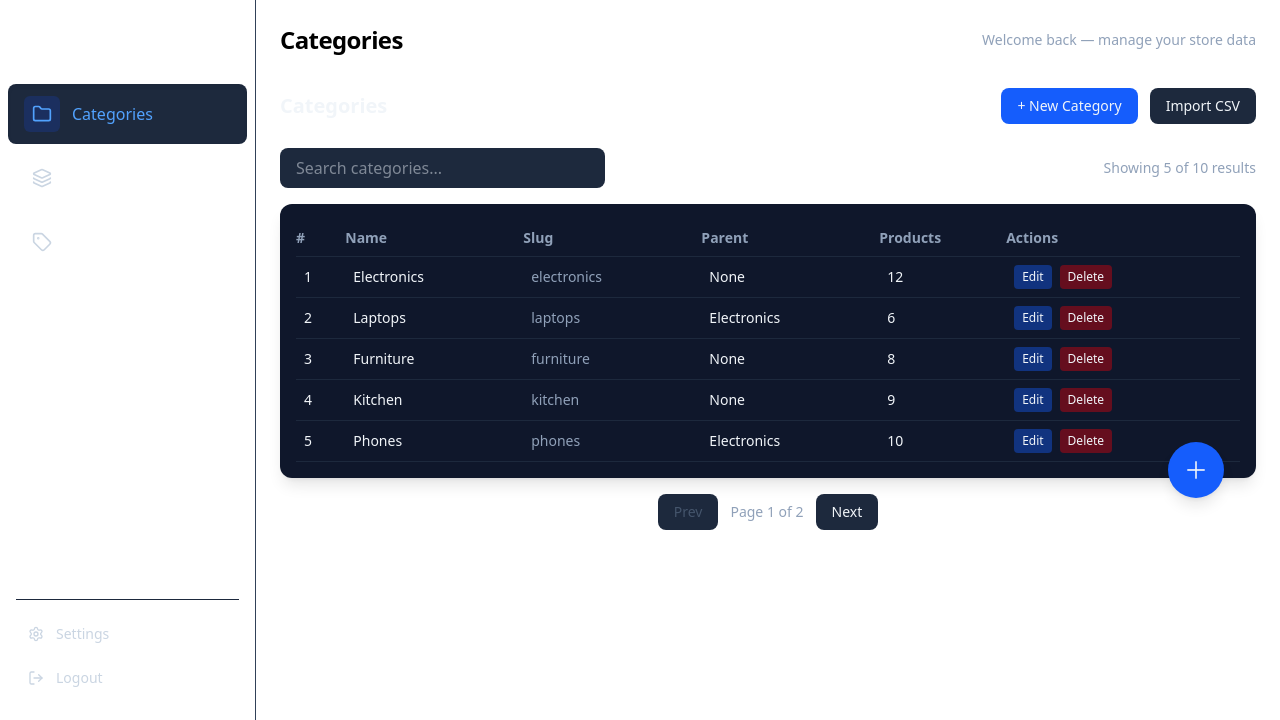
Repository: Ndegwa2/MulistorePOS
Page: /
The author's editor kept a copy of each file at every save. The page is drawn from the files as they stood at one save, then again after the next save.
The browser window is 1280 px wide. The pictures show the whole page.
The project was rebuilt for these pictures with package versions that can differ from the ones it lists, and the page was loaded fresh each time. Also part of the build but not shown: vite.config.js, Frontend/EditModal.jsx, Frontend/DeleteConfirm.jsx, Frontend/subcategory.jsx, Frontend/brand.jsx.

Above is the page before, as saved 2025-10-03 09:51:19.

After the next save:
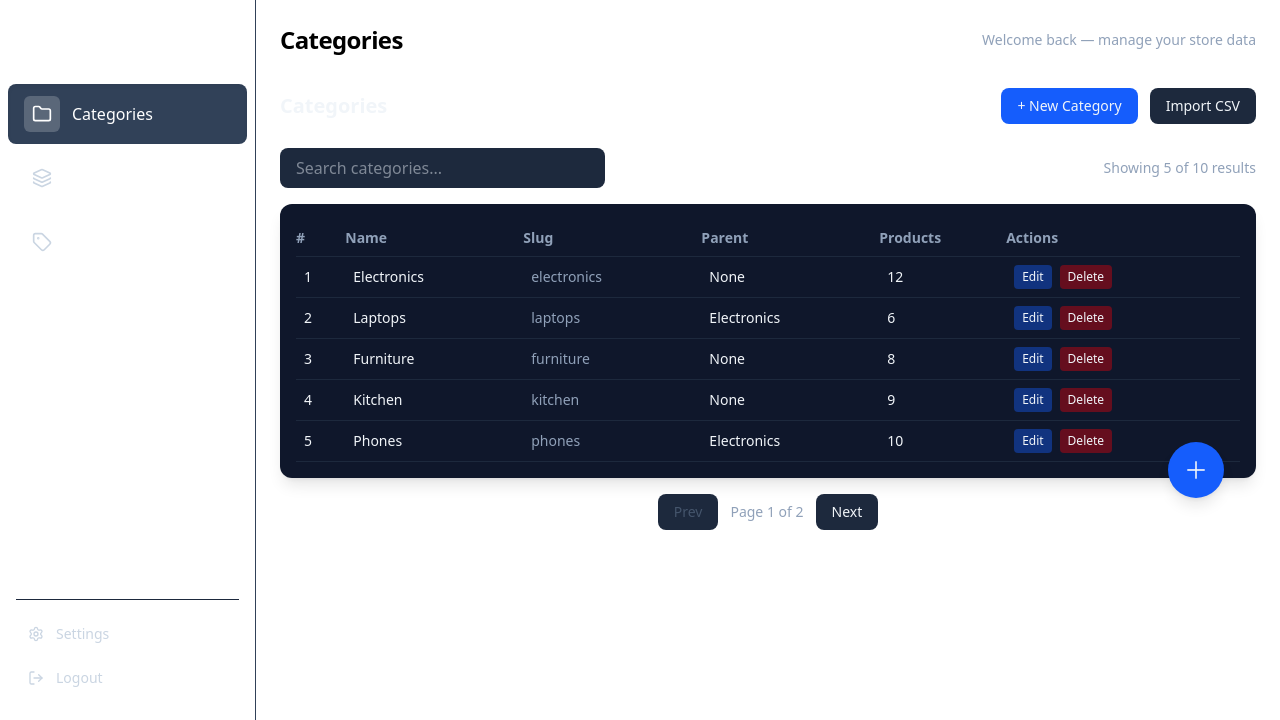
Saved 115 s later.
--- a/Frontend/dashboaord.jsx
+++ b/Frontend/dashboaord.jsx
@@ -47,11 +47,11 @@ export default function Dashboard() {
                   onClick={() => setActive(n.key)}
                   className={`group w-full flex items-center gap-3 px-4 py-3 my-1 rounded-lg text-left
                               transition-colors duration-150
-                              ${isActive ? "bg-slate-800 text-blue-400 shadow-inner" : "hover:bg-slate-800/60"}`}
+                              ${isActive ? "bg-slate-700 text-white shadow-inner" : "hover:bg-slate-700"}`}
                   aria-current={isActive ? "page" : undefined}
                 >
-                  <div className={`p-2 rounded-md ${isActive ? "bg-blue-700/20" : "bg-transparent"}`}>
-                    <Icon className={`w-5 h-5 ${isActive ? "text-blue-400" : "text-slate-300"} transition-colors`} />
+                  <div className={`p-2 rounded-md ${isActive ? "bg-white/20" : "bg-transparent"}`}>
+                    <Icon className={`w-5 h-5 ${isActive ? "text-white" : "text-slate-300"} transition-colors`} />
                   </div>
                   <span className="flex-1">{n.label}</span>
                   {/* subtle chevron or count placeholder (optional) */}
